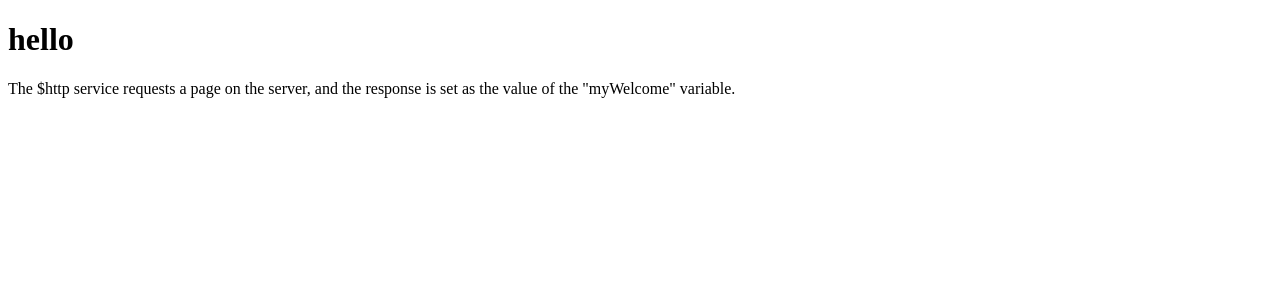
Repository: Sourabh33/ProjectThirdRepo
Page: http://localhost/Traning_Management/
These files come from the project's save history. The page is drawn as it stood at one moment and after the next save; the edit follows.
The browser window is 1280 px wide. The pictures show the whole page.
Some web libraries are served in a nearby version. The page is served by Tomcat 9. Other server files are loaded and not shown.

Above is the page before, as saved 2016-11-09 13:08:49.

### Training Management Project/Traning_Management/src/main/webapp/index.jsp
<!DOCTYPE html>
<html>
<script src="https://ajax.googleapis.com/ajax/libs/angularjs/1.4.8/angular.min.js"></script>
<body>

<div ng-app="myApp" ng-controller="myCtrl">


<h1>{{msg}}</h1>

</div>

<p>The $http service requests a page on the server, and the response is set as the value of the "myWelcome" variable.</p>

<script>
var app = angular.module('myApp', []);
app.controller('myCtrl', function($scope, $http) {
	$scope.msg="hello";
 	$scope.user={adminId:null,adminEmailId:"",adminName:"",adminPassword:""};
	$scope.myMethod=function(){
		 $http.post("http://localhost:8808/TrainingManagementSystem/create/",$scope.user)
		  .then(function(response) {
		      $scope.myWelcome = response.data;
		  });
	}


});
</script>

</body>
</html>

After the next save:
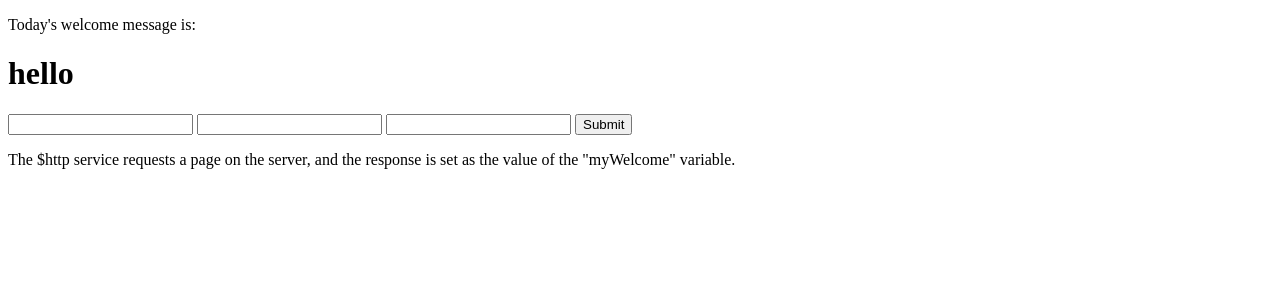
Saved 39 s later.
--- a/Training Management Project/Traning_Management/src/main/webapp/index.jsp
+++ b/Training Management Project/Traning_Management/src/main/webapp/index.jsp
@@ -5,9 +5,16 @@
 
 <div ng-app="myApp" ng-controller="myCtrl">
 
+<p>Today's welcome message is:</p>
 
 <h1>{{msg}}</h1>
-
+<form ng-submit="myMethod()">
+<input type="hidden" ng-model="user.adminId">
+<input type="text" ng-model="user.adminEmailId">
+<input type="text" ng-model="user.adminName">
+<input type="text" ng-model="user.adminPassword">
+<button type="submit" >Submit</button>
+</form>
 </div>
 
 <p>The $http service requests a page on the server, and the response is set as the value of the "myWelcome" variable.</p>
@@ -16,7 +23,7 @@
 var app = angular.module('myApp', []);
 app.controller('myCtrl', function($scope, $http) {
 	$scope.msg="hello";
- 	$scope.user={adminId:null,adminEmailId:"",adminName:"",adminPassword:""};
+	$scope.user={adminId:null,adminEmailId:"",adminName:"",adminPassword:""};
 	$scope.myMethod=function(){
 		 $http.post("http://localhost:8808/TrainingManagementSystem/create/",$scope.user)
 		  .then(function(response) {
